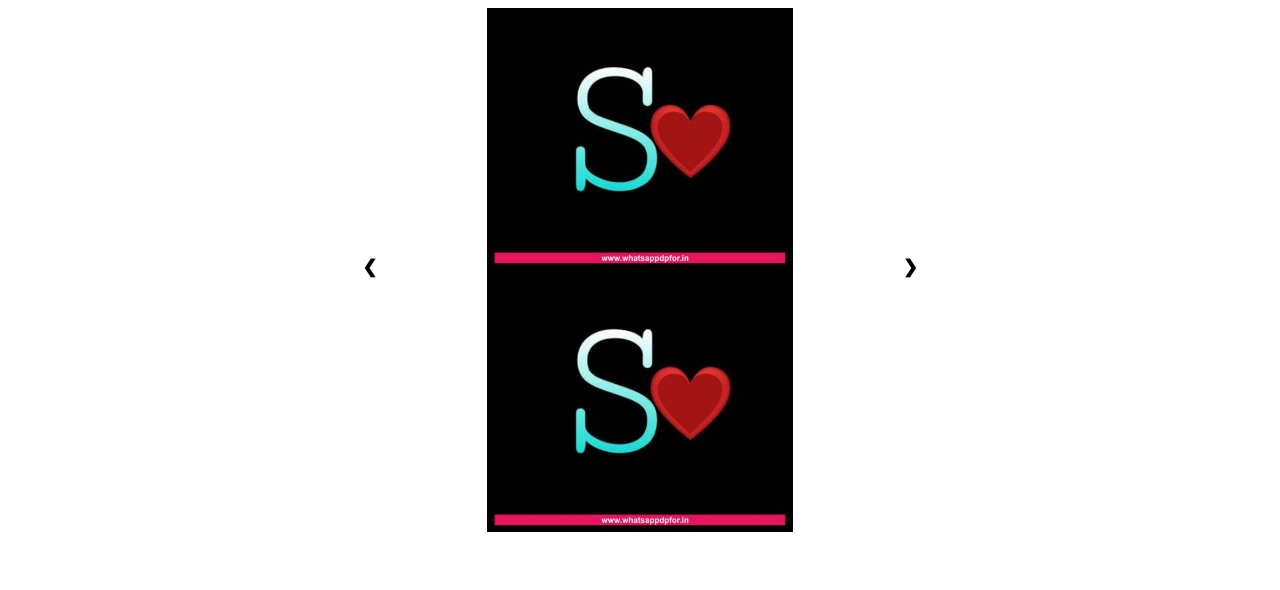
Repository: SAYYODTURINALIYEV/sassasa
Page: slider.html
The author's editor kept a copy of each file at every save. The page is drawn from the files as they stood at one save, then again after the next save.
The browser window is 1280 px wide. The pictures show the whole page.

Above is the page before, as saved 2022-05-19 16:23:24.

### slider.html
<!DOCTYPE html>
<html lang="en">

<head>
    <meta charset="UTF-8">
    <meta http-equiv="X-UA-Compatible" content="IE=edge">
    <meta name="viewport" content="width=device-width, initial-scale=1.0">
    <title>Slider.uz</title>
    <link rel="stylesheet" href="slider.css">
</head>

<body>

    <div class="images-slideshow">
        <div class="imageSlides fade">
            <img src="images/s1.jpg">
            <img src="images/s1.jpg">
        </div>
        <div class="imageSlides fade">
            <img src="images/s2.jpg">
        </div>
        <div class="imageSlides fade">
            <img src="images/s3.jpg">
        </div>
        <a class="slider-btn previous" onclick="setSlides(-1)">❮</a>
        <a class="slider-btn next" onclick="setSlides(1)">❯</a>
    </div>


    <script src="slider.js"></script>
</body>

</html>

### slider.css
.imageSlides {
    display: none
}

img {
    margin: auto;
    display: block;
    width: 50%;
}

.images-slideshow {
    max-width: 612px;
    position: relative;
    margin: auto;
}

.slider-btn {
    cursor: pointer;
    position: absolute;
    top: 50%;
    width: auto;
    padding: 8px 16px;
    margin-top: -22px;
    color: rgb(0, 0, 0);
    font-weight: bold;
    font-size: 18px;
    transition: 0.6s ease;
    border-radius: 0 3px 3px 0;
    user-select: none;
    background-color: rgba(255, 255, 255, 0.5);
    border-radius: 50%;
}

.previous {
    left: 2%;
}

.next {
    right: 2%;
}

### slider.js
var currentIndex = 1;
displaySlides(currentIndex);

function displaySlides(num) {
    var x;
    var slides = document.getElementsByClassName("imageSlides");
    if (num > slides.length) { currentIndex = 1 }
    if (num < 1) { currentIndex = slides.length }
    for (x = 0; x < slides.length; x++) {
        slides[x].style.display = "none";
    }
    slides[currentIndex - 1].style.display = "block";
}

function setSlides(num) {
    displaySlides(currentIndex += num);
}

After the next save:
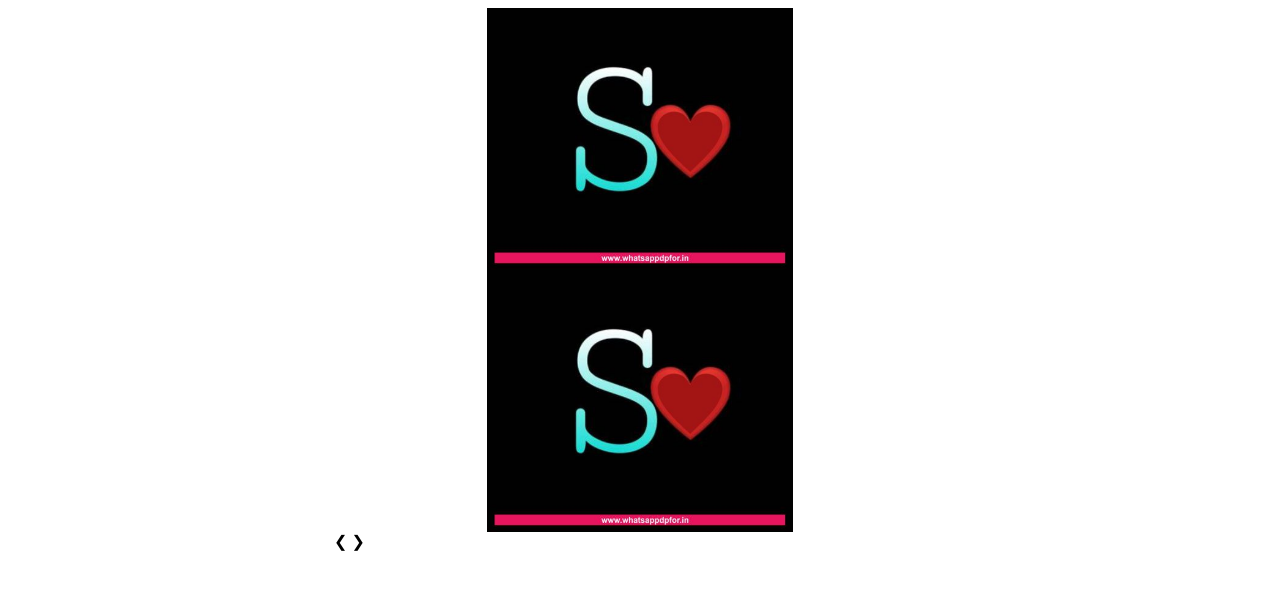
Saved 13 s later.
--- a/slider.css
+++ b/slider.css
@@ -15,7 +15,7 @@
 }
 
 .slider-btn {
-    cursor: pointer;
+    /* cursor: pointer;
     position: absolute;
     top: 50%;
     width: auto;
@@ -28,7 +28,7 @@
     border-radius: 0 3px 3px 0;
     user-select: none;
     background-color: rgba(255, 255, 255, 0.5);
-    border-radius: 50%;
+    border-radius: 50%; */
 }
 
 .previous {

After the save that followed:
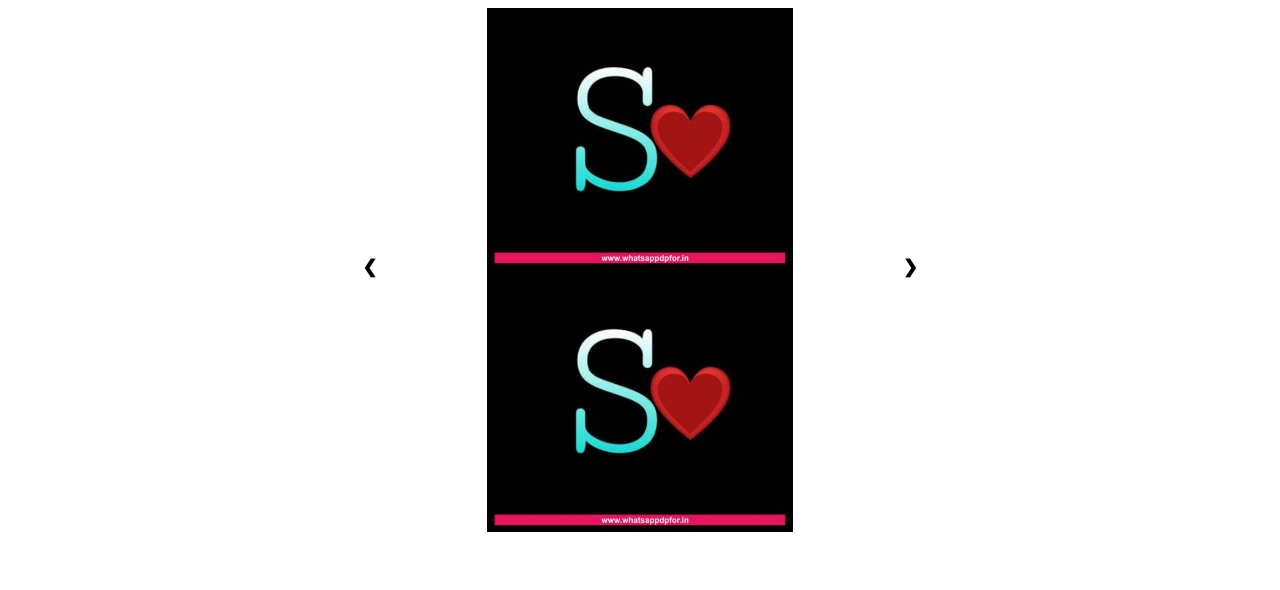
Saved 17 s later.
--- a/slider.css
+++ b/slider.css
@@ -15,7 +15,7 @@
 }
 
 .slider-btn {
-    /* cursor: pointer;
+    cursor: pointer;
     position: absolute;
     top: 50%;
     width: auto;
@@ -28,7 +28,7 @@
     border-radius: 0 3px 3px 0;
     user-select: none;
     background-color: rgba(255, 255, 255, 0.5);
-    border-radius: 50%; */
+    border-radius: 50%;
 }
 
 .previous {
